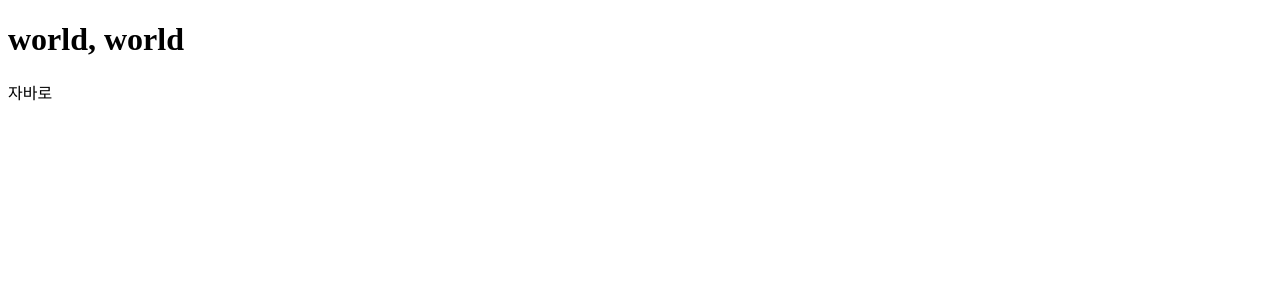
Repository: bbiot317/JSP
Page: http://localhost/Study01/
These files come from the project's save history. The page is drawn as it stood at one moment and after the next save; the edit follows.
The browser window is 1280 px wide. The pictures show the whole page.
The page is served by Tomcat 9.

Above is the page before, as saved 2022-05-30 01:45:02.

### Study01/src/main/webapp/index.jsp
<%@ page language="java" contentType="text/html; charset=utf-8"
    pageEncoding="utf-8"%>
<!DOCTYPE html>
<html>
	<head>
		<meta charset="utf-8">
		<title>ㅔㅈ목 여기</title>
	</head>
	<body>
		<h1>world, world</h1>
		<% out.println("자바로");%>
	</body>
</html>

After the next save:
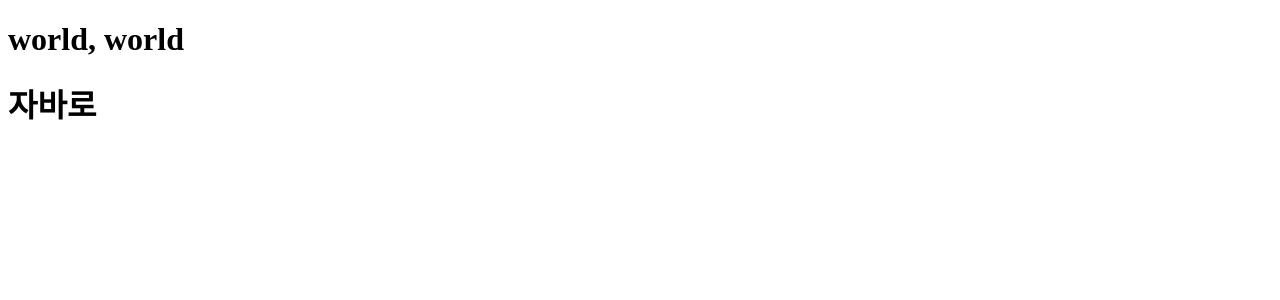
Saved 78 s later.
--- a/Study01/src/main/webapp/index.jsp
+++ b/Study01/src/main/webapp/index.jsp
@@ -8,6 +8,6 @@
 	</head>
 	<body>
 		<h1>world, world</h1>
-		<% out.println("자바로");%>
+		<% out.println("<h1>자바로</h1>");%>
 	</body>
 </html>
